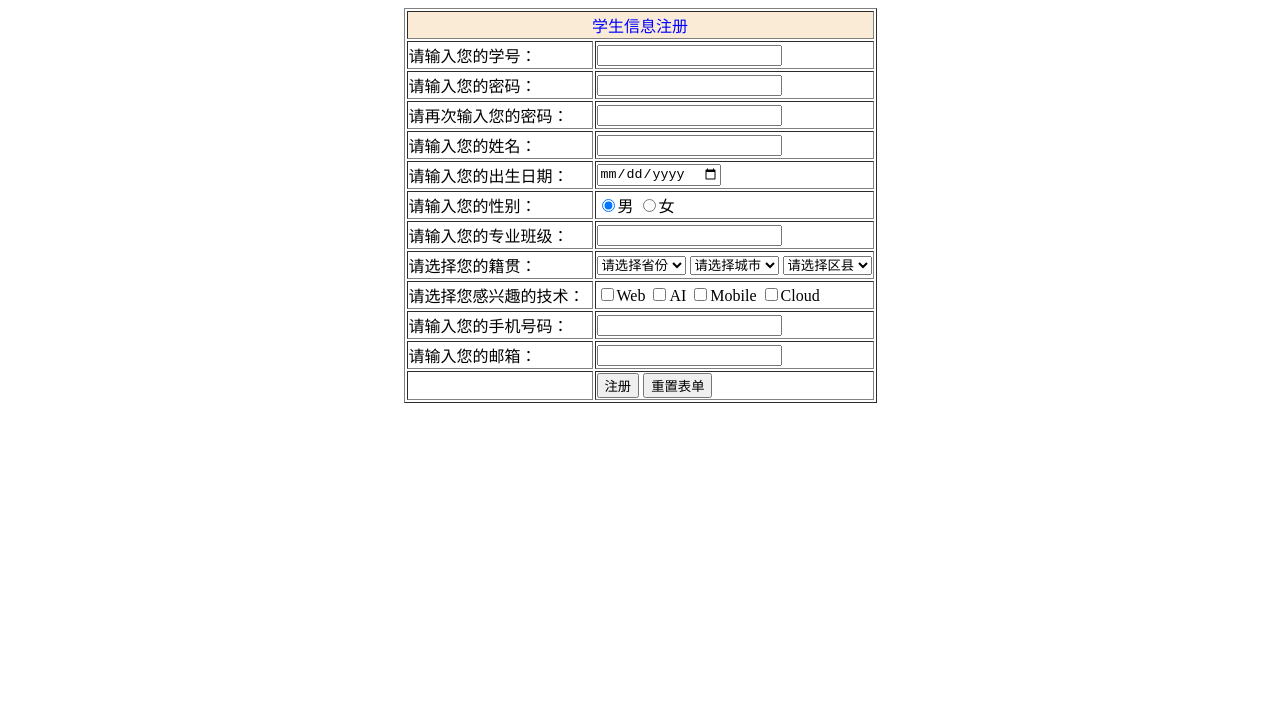
Repository: SlienceYi/webHomework
Page: 3.30作业/com.homework_0330/WebContent/register.html
An editor plug-in stored every save of this project. The page is shown before and after the next save, followed by the edit.
The browser window is 1280 px wide. The pictures show the whole page.

Above is the page before, as saved 2019-03-30 14:01:36.

### 3.30作业/com.homework_0330/WebContent/register.html
<!DOCTYPE html>
<html>
	<head>
		<meta charset="UTF-8">
		<script type="text/javascript" src="address.js"></script>
			<script>
			/*
				1. 确认事件: 表单提交事件 onsubmit事件
				2. 事件所要触发的函数: checkForm
				3. 函数中的验证
					1.校验用户名, 长度为10位
					2.校验密码，密码长度要大于6位
					3.校验手机
					4.校验邮箱
			*/
			function checkForm(){

				//获取用户名输入项
				var inputObj = document.getElementById("stuNum");
				//获取输入项的值
				var uValue = inputObj.value;

				//用户名长度需要是10位数字
				if(uValue.length != 10 ){
					alert("对不起,您的学号应为十位数字组成!");
					return false;
				}

				//密码长度需要大于6位 和确认必须一致
				//获取密码框输入的值
				var input_password = document.getElementById("password1");
				var uPass = input_password.value;

				if(uPass.length < 6){
					alert("对不起,您输入的密码少于6位数!");
					return false;
				}

				//获取确认密码框的值
				var input_repassword = document.getElementById("password2");
				var uRePass = input_repassword.value;
				if(uPass != uRePass){
					alert("对不起,两次输入的密码不一致!");
					return false;
				}

				//校验手机号
				var input_mobile = document.getElementById("phoneNum");
				var uMobile = input_mobile.value;
				//
				if(!/^[1][3578][0-9]{9}$/.test(uMobile)){
					alert("对不起,您输入的手机号不正确!");
					return false;
				}

				//校验邮箱: /^([a-zA-Z0-9_-])+@([a-zA-Z0-9_-])+(\.[a-zA-Z0-9_-])+/
				var inputEmail = document.getElementById("email");
				var uEmail = inputEmail.value;

				if(!/^([a-zA-Z0-9_-])+@([a-zA-Z0-9_-])+(\.[a-zA-Z0-9_-])+/.test(uEmail)){
					alert("对不起,您输入的邮箱地址不合法");
					return false;
				}
				return true;
			}
		</script>
		<title></title>
	</head>

	<body>

		<table  align="center" border="1">
			<form action = "process.jsp" method="post" onsubmit="return checkForm()">

			<tr align="center" bgcolor="antiquewhite">
				<td colspan="2">
					<font color="blue">学生信息注册</font>
				</td>
			</tr>
			<tr>
				<td width="40%" >
					请输入您的学号：
				</td>
				<td>
					<input type="text" id="stuNum"  name="stuNum"/>
				</td>
			</tr>
			<tr>
				<td>
					请输入您的密码：
				</td>
				<td>
					<input type="password" name="password1" id="password1"/>
				</td>
			</tr>
			<tr>
				<td>
					请再次输入您的密码：
				</td>
				<td>
					<input type="password" name="password2" id="password2"/>
				</td>
			</tr>
			<tr>
				<td>
					请输入您的姓名：
				</td>
				<td>
					<input type="text" name="name"/>
				</td>
			</tr>
			<tr>
				<td>
					请输入您的出生日期：
				</td>
				<td>
					<input type="date" name="birthday"/>
				</td>
			</tr>
			<tr>
				<td>
					请输入您的性别：
				</td>
				<td>
					<input type="radio" name="sex" value="boy" checked/>男
					<input type="radio" name="sex" value="girl" />女
				</td>
			</tr>
			<tr>
				<td>
					请输入您的专业班级：
				</td>
				<td>
					<input type="text" name="major" />
				</td>
			</tr>
			<tr>
				<td>
					请选择您的籍贯：
				</td>
				<td>
					<select id="cmbProvince" name="cmbProvince"></select>
					<select id="cmbCity" name="cmbCity"></select>
					<select id="cmbArea" name="cmbArea"></select>
					<script type="text/javascript">
					addressInit('cmbProvince', 'cmbCity', 'cmbArea');
					</script>
					<!--<select>
						<option>江西</option>
						<option>福建</option>
						<option>广东</option>
					</select>-->
				</td>
			</tr>
			<tr>
				<td>
					请选择您感兴趣的技术：
				</td>
				<td>
					<input type="checkbox" name="interest" value="web"/>Web
					<input type="checkbox" name="interest" value="ai"/>AI
					<input type="checkbox" name="interest" value="mobile"/>Mobile
					<input type="checkbox" name="interest" value="clode"/>Cloud
				</td>
			</tr>
			<tr>
				<td>
					请输入您的手机号码：
				</td>
				<td>
					<input type="text" name="phoneNum" id="phoneNum" />
				</td>
			</tr>
			<tr>
				<td>
					请输入您的邮箱：
				</td>
				<td>
					<input type="text" name="email" id="email"/>
				</td>
			</tr>
			<tr>
				<td>

				</td>
				<td>
					<input type="submit" value="注册" />
					<input type="reset" value="重置表单" />
				</td>

			</tr>

			</form>
		</table>

	</body>
</html>

Loaded but not shown: 3.30作业/com.homework_0330/WebContent/address.js (905 lines, source omitted)

After the next save:
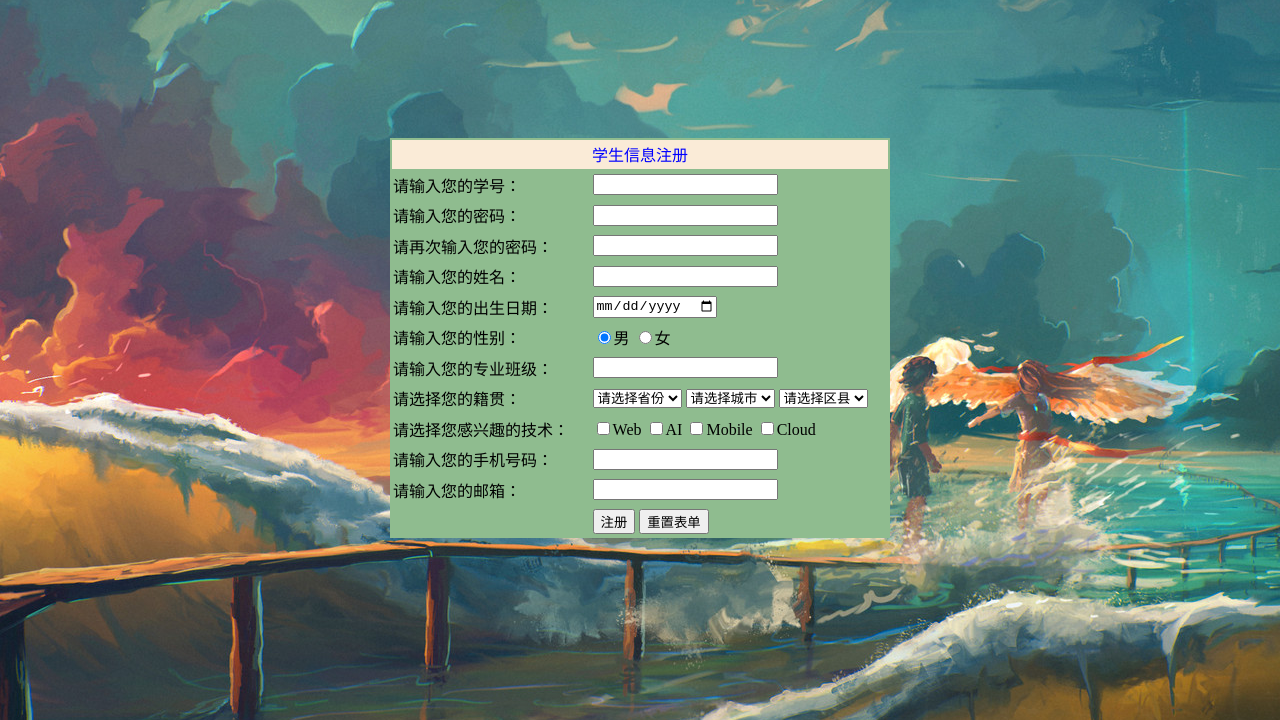
Saved 2 min 37 s later.
--- a/3.30作业/com.homework_0330/WebContent/register.html
+++ b/3.30作业/com.homework_0330/WebContent/register.html
@@ -67,9 +67,11 @@
 		<title></title>
 	</head>
 
-	<body>
+	<body style="background:url(Cg-4zFVsCAKIA_Y2AEnXxJVr-WQAAXhsQC0hVIASdfc742.jpg);background-repeat: no-repeat; background-position: center;">
+		<div id="head1" style="height: 130px;">
 
-		<table  align="center" border="1">
+		</div>
+		<table  align="center"  bgcolor=darkseagreen height="400" width="500">
 			<form action = "process.jsp" method="post" onsubmit="return checkForm()">
 
 			<tr align="center" bgcolor="antiquewhite">
@@ -139,7 +141,7 @@
 					请选择您的籍贯：
 				</td>
 				<td>
-					<select id="cmbProvince" name="cmbProvince"></select>
+					<select id="cmbProvince" name="cmbProvince" ></select>
 					<select id="cmbCity" name="cmbCity"></select>
 					<select id="cmbArea" name="cmbArea"></select>
 					<script type="text/javascript">
